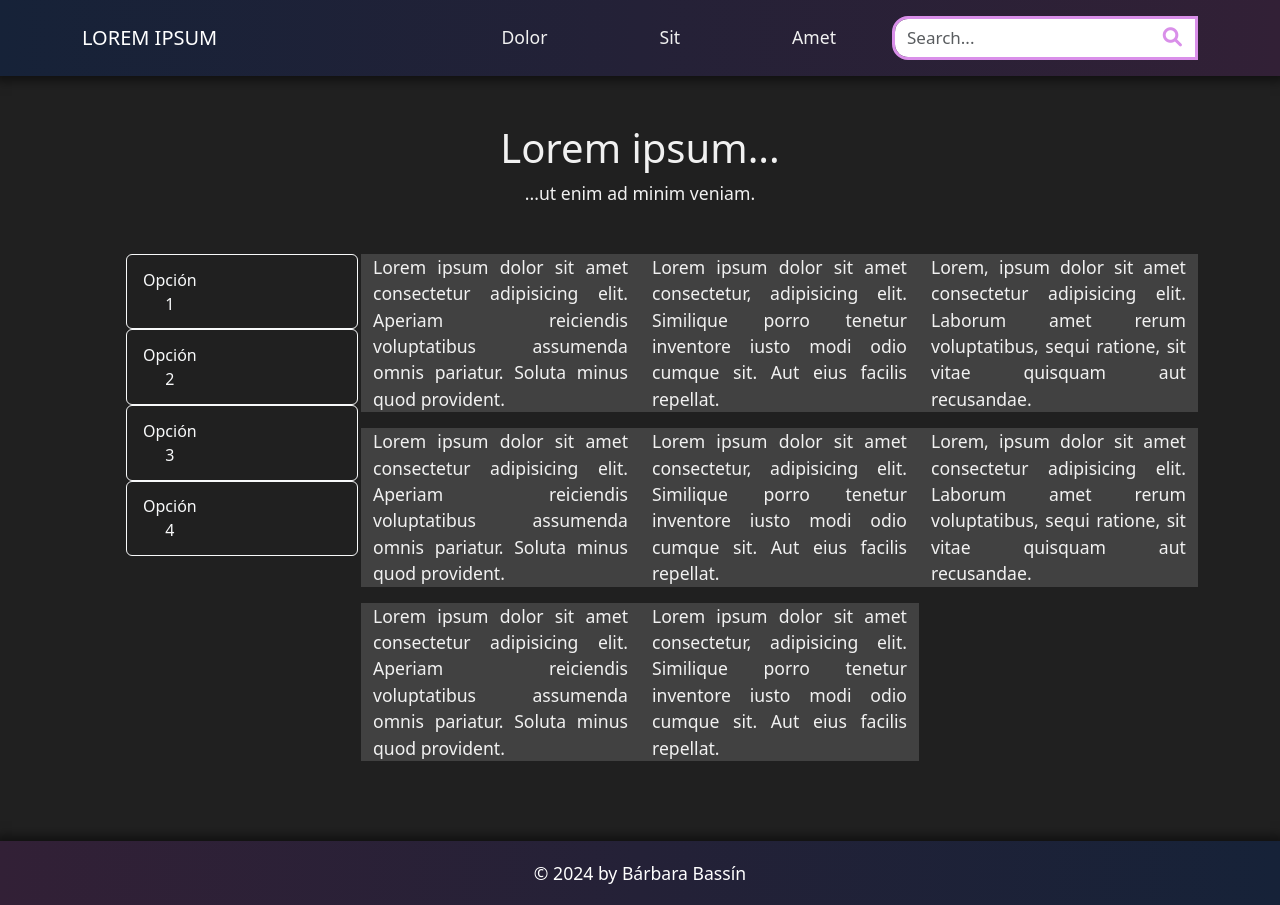
Repository: romancegirl/responsiveness
Page: index.html
These files come from the project's save history. The page is drawn as it stood at one moment and after the next save; the edit follows.
The browser window is 1280 px wide. The pictures show the whole page.

Above is the page before, as saved 2024-11-29 20:08:25.

### index.html
<!DOCTYPE html>
<html lang="en">

<head>
    <meta charset="UTF-8">
    <meta name="viewport" content="width=device-width, initial-scale=1.0">
    <title>Responsiveness - Bárbara Bassín</title>
    <link href="https://cdn.jsdelivr.net/npm/bootstrap@5.3.0/dist/css/bootstrap.min.css" rel="stylesheet">
    <link rel="stylesheet" href="https://cdnjs.cloudflare.com/ajax/libs/font-awesome/6.0.0-beta3/css/all.min.css">
    <link rel="stylesheet" href="css/header-and-footer.css">
    <link rel="stylesheet" href="css/styles.css">
</head>

<body>
    <!-- Header -->
    <header class="py-2">
        <div class="container d-flex align-items-center justify-content-between" id="profile">
            <h5 class="m-0">LOREM IPSUM</h5>
            <nav class="navbar navbar-expand-lg">
                <button class="navbar-toggler" type="button" data-bs-toggle="collapse" data-bs-target="#navbarNav"
                    aria-controls="navbarNav" aria-expanded="false" aria-label="Toggle navigation">
                    <i class="fas fa-bars"></i>
                </button>
                <div class="collapse navbar-collapse" id="navbarNav">
                    <ul class="navbar-nav">
                        <li class="nav-item"><a class="nav-link">Dolor</a></li>
                        <li class="nav-item"><a class="nav-link">Sit</a></li>
                        <li class="nav-item"><a class="nav-link">Amet</a></li>
                        <li>
                            <div class="search-container">
                                <form action="/action_page.php">
                                    <div class="input-group">
                                        <input type="text" class="form-control" placeholder="Search..." name="search">
                                        <button type="submit" class="btn">
                                            <i class="fa fa-search"></i>
                                        </button>
                                    </div>
                                </form>
                            </div>
                        </li>
                    </ul>

                </div>
            </nav>
        </div>
    </header>



    <!-- Main -->
    <main class="container my-5">
        <div>
            <h1>Lorem ipsum...</h1>
            <div id="textCarousel" class="carousel slide" data-bs-ride="carousel" data-bs-interval="2000">
                <div class="carousel-inner">
                    <div class="carousel-item active">
                        <p>...olor sit amet, consectetur adipiscing elit...</p>
                    </div>
                    <div class="carousel-item">
                        <p>...sed do eiusmod tempor incididunt ut labore...</p>
                    </div>
                    <div class="carousel-item">
                        <p>...ut enim ad minim veniam.</p>
                    </div>
                </div>
            </div>
        </div>



        <div class="container inside">
            <div class="row">
                <div class="col-3">
                    <ul>
                        <li><button type="button" class="btn btn-outline-light">Opción 1</button></li>
                        <li><button type="button" class="btn btn-outline-light">Opción 2</button></li>
                        <li><button type="button" class="btn btn-outline-light">Opción 3</button></li>
                        <li><button type="button" class="btn btn-outline-light">Opción 4</button></li>
                    </ul>
                </div>
                <div class="col-9">
                    <div class="row">
                        <div class="col-6 col-md-4 paragraph">
                            <div></div>Lorem ipsum dolor sit amet consectetur adipisicing elit.
                            Aperiam
                            reiciendis
                            voluptatibus assumenda omnis pariatur. Soluta minus quod provident.
                        </div>
                        <div class="col-6 col-md-4 paragraph">Lorem ipsum dolor sit amet consectetur, adipisicing elit.
                            Similique porro
                            tenetur inventore iusto modi odio cumque sit. Aut eius facilis repellat.</div>
                        <div class="col-6 col-md-4 paragraph">Lorem, ipsum dolor sit amet consectetur adipisicing elit.
                            Laborum
                            amet rerum
                            voluptatibus, sequi ratione, sit vitae quisquam aut recusandae.</div>
                        <div class="col-6 col-md-4 paragraph">Lorem ipsum dolor sit amet consectetur adipisicing elit.
                            Aperiam
                            reiciendis
                            voluptatibus assumenda omnis pariatur. Soluta minus quod provident.</div>
                        <div class="col-6 col-md-4 paragraph">Lorem ipsum dolor sit amet consectetur, adipisicing elit.
                            Similique porro
                            tenetur inventore iusto modi odio cumque sit. Aut eius facilis repellat.</div>
                        <div class="col-6 col-md-4 paragraph">Lorem, ipsum dolor sit amet consectetur adipisicing elit.
                            Laborum
                            amet rerum
                            voluptatibus, sequi ratione, sit vitae quisquam aut recusandae.</div>
                        <div class="col-6 col-md-4 paragraph">Lorem ipsum dolor sit amet consectetur adipisicing elit.
                            Aperiam
                            reiciendis
                            voluptatibus assumenda omnis pariatur. Soluta minus quod provident.</div>
                        <div class="col-6 col-md-4 paragraph">Lorem ipsum dolor sit amet consectetur, adipisicing elit.
                            Similique porro
                            tenetur inventore iusto modi odio cumque sit. Aut eius facilis repellat.</div>
                    </div>
                </div>

            </div>


        </div>



    </main>

    <!-- Footer -->
    <footer class="bg-dark text-center py-2">
        <div>&copy; 2024 by Bárbara Bassín</div>
    </footer>
    <script src="js/script.js"></script>
    <script src="https://cdn.jsdelivr.net/npm/bootstrap@5.3.0/dist/js/bootstrap.bundle.min.js"></script>
</body>

</html>

### css/header-and-footer.css
header {
    background: linear-gradient(to right, #162238, #322036);
    color: #fff;
    position: relative;
    box-shadow: 0 0 10px 5px rgba(0, 0, 0, 0.5);
}

main {
    min-height: 70vh;
    padding-bottom: 1rem;
    box-sizing: border-box;
}

a.nav-link {
    color: #f1f1f1;
}

a.nav-link:hover {
    color: #f6c7de;
    transition: color 0.3s, text-shadow 0.3s;
    transform: scale(1.05);
}

.search-container {
    display: flex;
    justify-content: center;
    align-items: center;
    position: relative;
}

.input-group .form-control {
    padding-right: 2.5rem;
    font-size: 17px;
    border: 0.2rem solid #d98fe9;
    border-radius: 1rem;
}

.input-group .btn {
    position: absolute;
    right: 1rem;
        top: 50%;
    transform: translateY(-50%);
    background-color: transparent;
    border: none;
    padding: 0;
    cursor: pointer;
}

.input-group .btn .fa-search {
    color: #d98fe9;
    font-size: 1.2rem;
}

.navbar-nav .nav-item {
    margin: 0 3rem 0 3rem;
}


/* navbar-toggle */

.navbar-toggler {
    border-color: #fff;
}

.navbar-toggler .fas {
    color: #fff;
    /* Cambia el color del ícono */
}

.navbar-collapse {
    justify-content: flex-end;
}

.navbar-toggler:hover {
    cursor: pointer;
}

.navbar-toggler:focus {
    outline: none;
    box-shadow: none;
}

@media (max-width: 995px) {

    .navbar-collapse {
        display: none;
        position: absolute;
        top: 134%;
        left: -55px;
        width: 100%;
        z-index: 999;
        flex-direction: column-reverse;
        align-items: center;
    }

    .navbar-collapse.show {
        display: flex;
    }

    .navbar-nav {
        background: linear-gradient(to right, #162238d9, #322036e7);
        color: #fff;
        padding: 1.5rem;
        border-radius: 0 0 100px 100px;
        font-weight: bold;
        text-align: center;
    }

    .navbar-nav:hover {
        cursor: pointer;

    }

    a.nav-link:hover {
        color: #f6c7de;
        transition: color 0.3s, text-shadow 0.3s;
        transform: scale(1.05);
    }

    .navbar-nav .nav-item {
        margin: 10px 0;
    }

    .navbar a,
    .navbar input[type=text] {
        float: none;
        display: block;
        text-align: left;
        width: 100%;
        margin: 0;
        padding: 0.5rem;
    }

    .navbar .search-container {
        float: none;
    }

    .navbar a,
    .navbar input[type=text],
    .navbar .search-container button {
        float: none;
        display: block;
        text-align: left;
        width: 100%;
        margin: 0;
        padding: 0.2rem;
    }

    .navbar input[type=text] {
        border-radius: 0.2rem;
        border: 0.2rem solid #b556db98;
    }

}

footer {
    background: linear-gradient(to right, #322036, #162238);
    color: #fff;
    bottom: 0;
    min-height: 4rem;
    display: flex;
    justify-content: center;
    align-items: center;
    box-shadow: 0 0 10px 5px rgba(0, 0, 0, 0.5);
}

### css/styles.css
body {
    background-color: #202020;
    color: #f1f1f1;
    font-size: 110%;
}

/* Profile and resume */

.profile-photo {
    width: 250px;
    height: 250px;
    border: #a5c3ffcd;
    border-style: double;
    border-width: 5px;
    border-radius: 70px;
    display: flex;
    justify-content: center;
    align-items: center;
    overflow: hidden;
    /* Oculta cualquier parte de la imagen que se desborde */
    float: right;
}

/* titles */

h1 {
    text-align: center;
}

h2,
h3,
h4 {
    background: linear-gradient(#d98fe9, #5E91FA);
    -webkit-background-clip: text;
    background-clip: text;
    -webkit-text-fill-color: transparent;
}

h5 {
    margin: 0;
}

/* General */

#textCarousel {
    width: 40rem;
    margin: auto;
}

p {
    text-align: center;
}

.row {
    text-align: justify;
}

.paragraph {
margin-bottom: 1rem;
background-color: #414141;
}

.inside {
    margin-top: 2rem;
}

.btn-outline-light {
    padding: 0.8rem 10rem 0.8rem 1rem;
}

li {
    list-style: none;
}

/* Responsiveness */

.title-small,
.title-x-small {
    display: none;
}

@media screen and (max-width: 1400px) {

    .title-large,
    .title-x-small {
        display: none;
    }

    .title-small {
        display: block;
    }
}

@media screen and (max-width: 768px) {

    .title-large,
    .title-small {
        display: none;
    }

    .title-x-small {
        display: block;
        text-align: center;

    }

    #textCarousel {
        max-width: 90%; /* Usa un tamaño relativo en lugar de fijo */
    }
}

### js/script.js
document.addEventListener('click', function(event) {
    var navbar = document.querySelector('.navbar-collapse');
    var toggler = document.querySelector('.navbar-toggler');

    // Si el menú está abierto y se hace clic fuera de él, lo cierra
    if (navbar.classList.contains('show') && !navbar.contains(event.target) && !toggler.contains(event.target)) {
        var bsCollapse = new bootstrap.Collapse(navbar, {
            toggle: false
        });
        bsCollapse.hide();
    }
});

// Cerrar el menú automáticamente al hacer clic en cualquier enlace
var navLinks = document.querySelectorAll('.nav-link');
navLinks.forEach(function(link) {
    link.addEventListener('click', function() {
        var navbar = document.querySelector('.navbar-collapse');
        var bsCollapse = new bootstrap.Collapse(navbar, {
            toggle: false
        });
        bsCollapse.hide();
    });
});

After the next save:
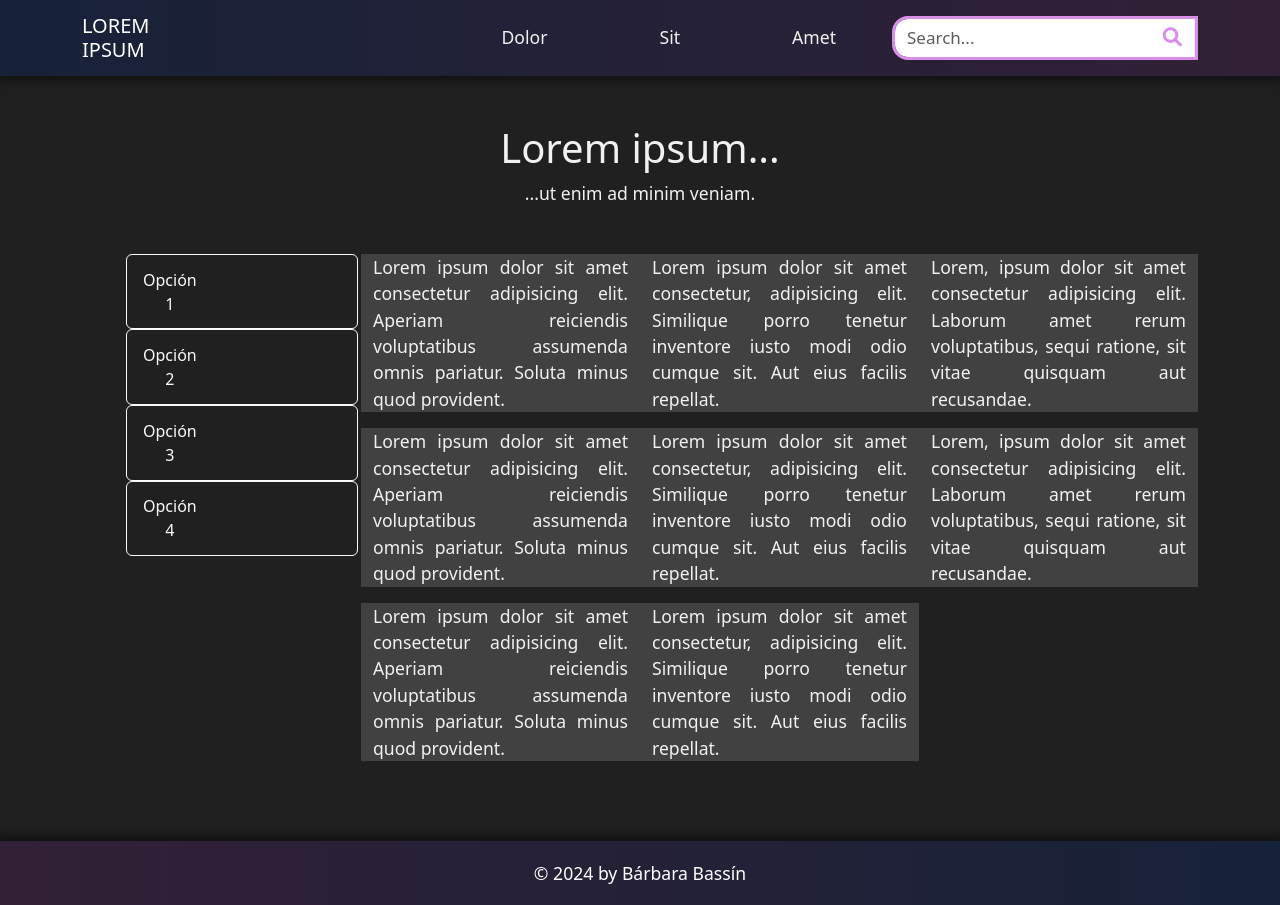
Saved 30 s later.
--- a/css/header-and-footer.css
+++ b/css/header-and-footer.css
@@ -49,6 +49,10 @@ a.nav-link:hover {
 .input-group .btn .fa-search {
     color: #d98fe9;
     font-size: 1.2rem;
+}
+
+.navbar {
+    width: 100%;
 }
 
 .navbar-nav .nav-item {
